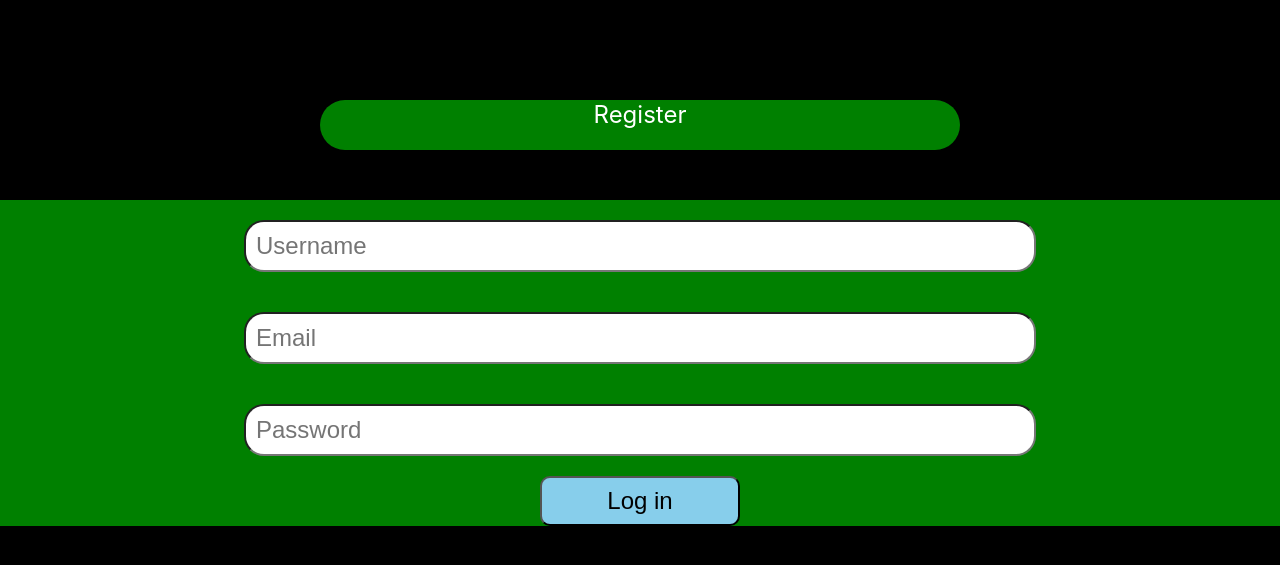
Repository: abhaysharma20233009/swiftKey
Page: /login (app in frontend/my-app/)
These files come from the project's save history. The page is drawn as it stood at one moment and after the next save; the edit follows.
The browser window is 1280 px wide. The pictures show the whole page.
The project was rebuilt for these pictures with package versions that can differ from the ones it lists, and the page was loaded fresh each time. Also part of the build but not shown: frontend/my-app/src/Swifts.js, frontend/my-app/src/Results.js.

Above is the page before, as saved 2024-10-10 19:59:59.

### frontend/my-app/src/App.js
//App.js

import './App.css';
import React from 'react';
import { BrowserRouter as Router, Route, Routes } from 'react-router-dom';
import Swift from './Swifts';
import Results from './Results';
import Login from './Login';
const App = () => {
    return (
        <Router>
			<div className="App">
            <Routes>
                <Route path="/" element={<Swift />} />
                <Route path="/results" element={<Results />} />
                <Route path="/login" element={<Login />} />
            </Routes>
			</div>
        </Router>
    );
};

export default App;

### frontend/my-app/src/App.css
.App {
  text-align: center;
  color:white;
}

body{
  background-color:black;
}

.log{
  color:black;
  margin-left: 10px;
  margin-right: 10px;
  background-color: skyblue;
  border-radius: 10px;
  height:50px;
  width:200px;
  justify-self: end;
  font-size: x-large;
}




.in{
  border-radius:20px;
  font-size: 24px;
  width: 60%;
  padding: 10px;
  margin: 20px 0;
}

.hea{
  margin-top: 100px;
  margin-bottom: 50px;
  margin-left:25%;
  background-color: lightgray;
  font-size: 24px;
  background-color:green;
  width:50%;
  height:50px;
  border-radius:30px;
  text-align: center;
}

.lo{
  text-align:center;
}
.Timer{
  height:50px;
  font-size:30px;
  margin-bottom: 10px;
  background-color:green;
  width:50px;
  margin-left:48%;
  border-radius: 15px;
}

.form{
  background-color:green;
}

### frontend/my-app/src/Login.js
// Register.js
import React, { useState } from 'react';
import { useNavigate } from 'react-router-dom';
const Login = () => {
    const [username, setUsername] = useState('');
    const [email, setEmail] = useState('');
    const [password, setPassword] = useState('');

    const navigate = useNavigate();
    const fetchUser = async () => {
        try {
            await fetch('http://localhost:7000/login');

        } catch (error) {
            console.error('Error fetching messages:', error);
        }
    };

    const log = async () => {
        try {
            navigate('/', { state: { username,email } });
            const response = await fetch('http://localhost:7000/login', {
                method: 'POST',
                headers: {
                    'Content-Type': 'application/json',
                },
                body: JSON.stringify({ userName: username, email, password }),
            });

            if (!response.ok) {
                const errorData = await response.json();
                alert(errorData.message || errorData.error);
                return;
            }else{
                alert("user successfully registered");
            }
            // Reset fields
            setUsername('');
            setPassword('');

            // Navigate to Swifts with username

            await fetchUser();

        } catch (error) {
            console.error('Error login:', error);
        }
    }


    return (
        <div>
            <div  className='hea'>Register</div>
            <form className ="form">
                <input
                    className="in"
                    type="text"
                    placeholder="Username"
                    value={username}
                    onChange={(e) => setUsername(e.target.value)}
                    required
                />
                <br/>
                <input
                className="in"
                    type="email"
                    placeholder="Email"
                    value={email}
                    onChange={(e) => setEmail(e.target.value)}
                    required
                />
                <br/>
                <input

                className="in"
                    type="password"
                    placeholder="Password"
                    value={password}
                    onChange={(e) => setPassword(e.target.value)}
                    required
                />
                <br/>
                <button className="log" onClick={log}>Log in</button>
            </form>
        </div>
    );
};

export default Login;

Loaded but not shown: frontend/my-app/public/index.html (common file); frontend/my-app/src/index.js (common file); frontend/my-app/src/index.css (common file); frontend/my-app/src/reportWebVitals.js (common file)

After the next save:
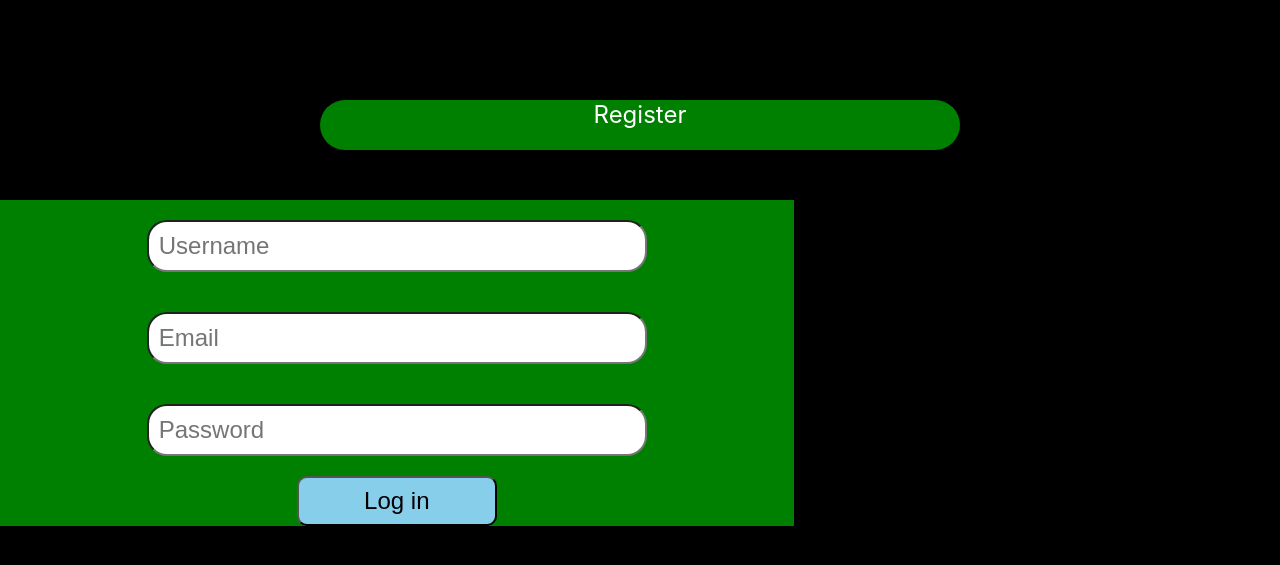
Saved 24 s later.
--- a/frontend/my-app/src/App.css
+++ b/frontend/my-app/src/App.css
@@ -58,4 +58,5 @@ body{
 
 .form{
   background-color:green;
+  width:62%;
 }
